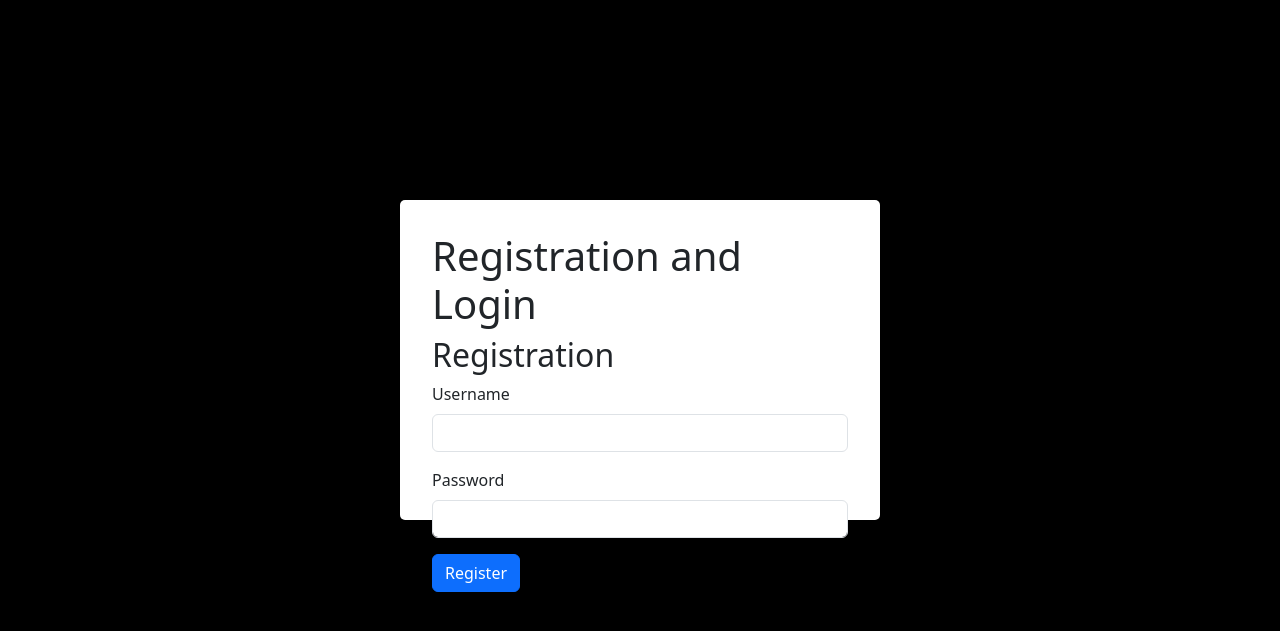
Repository: tran-thien-nhan/quiz_tlln
Page: sign_in_log_in.html
An editor plug-in stored every save of this project. The page is shown before and after the next save, followed by the edit.
The browser window is 1280 px wide. The pictures show the whole page.

Above is the page before, as saved 2023-06-27 15:49:48.

After the next save:
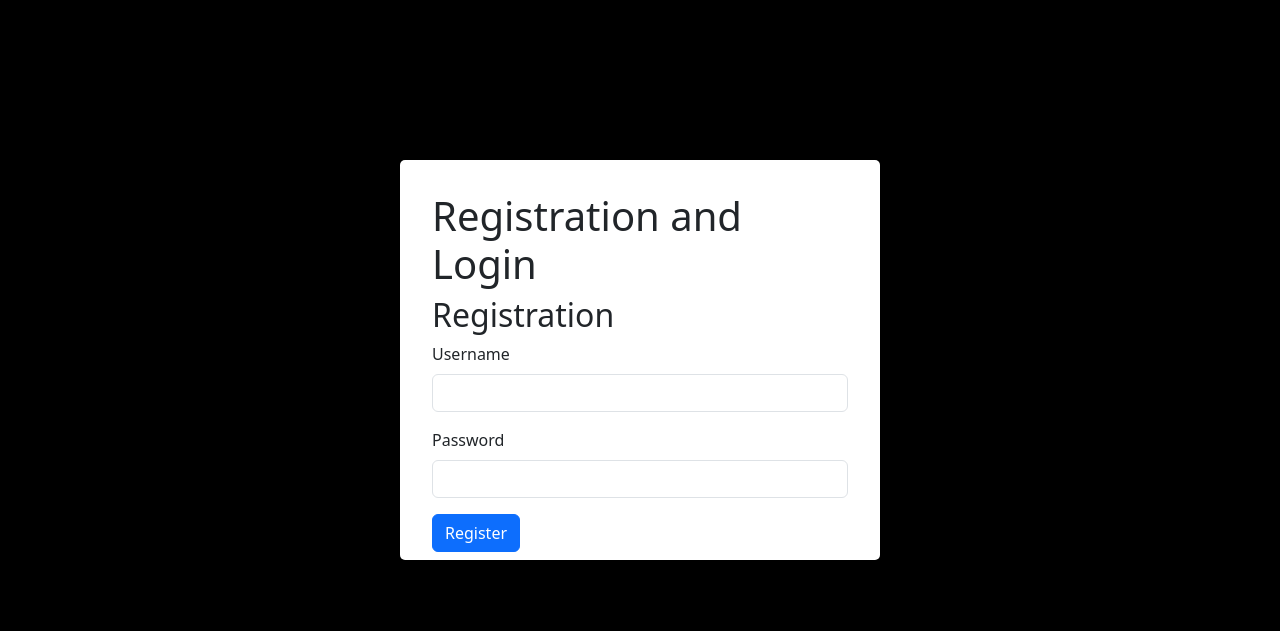
Saved 7 s later.
--- a/sign_in_log_in.html
+++ b/sign_in_log_in.html
@@ -18,7 +18,7 @@
       background-color: #fff;
       padding: 2rem;
       width: 30rem;
-      height: 20rem;
+      height: 25rem;
       border-radius: 5px;
     }
   </style>
